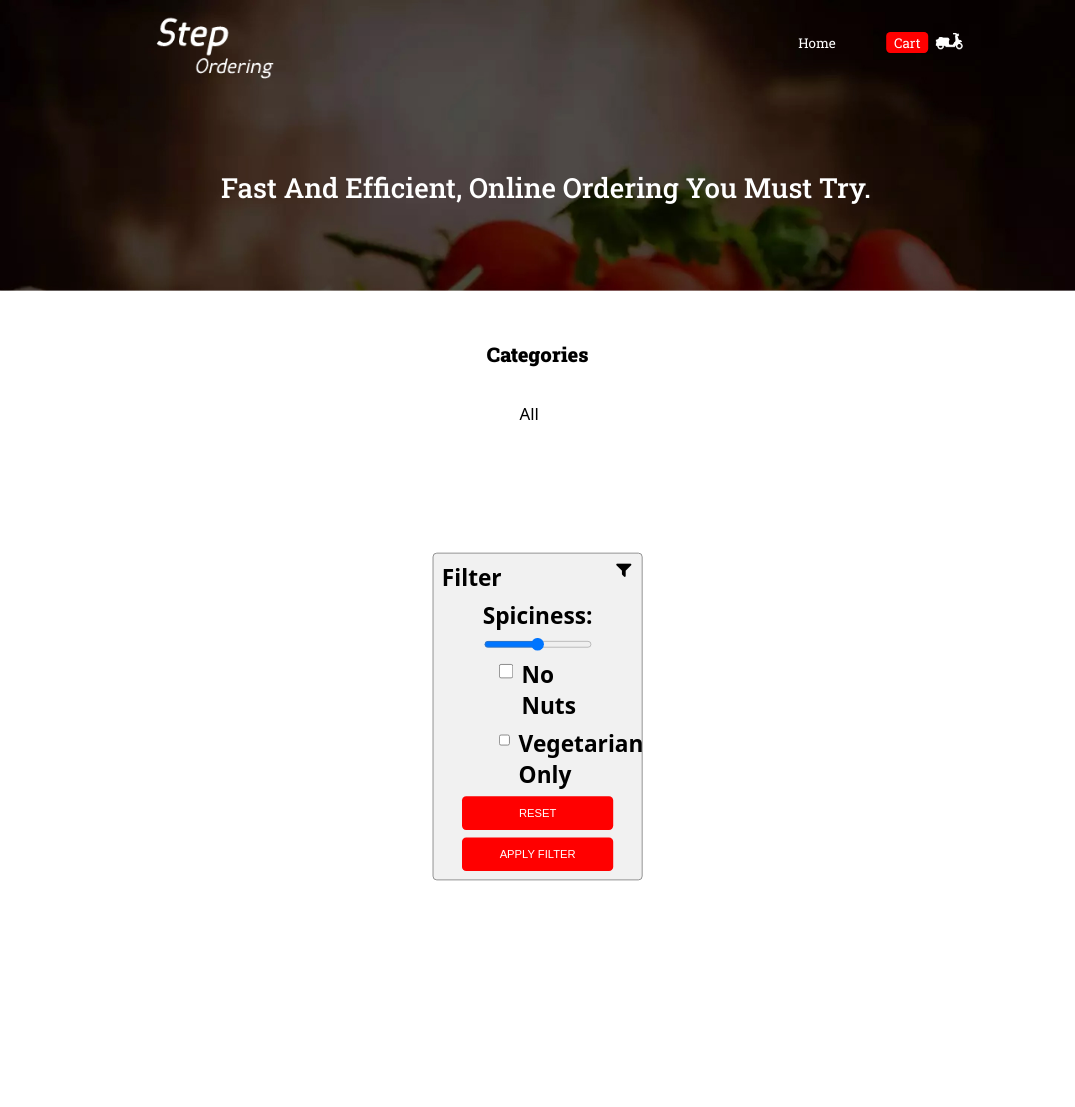
Repository: anastasia29-step/Online-Restaurant
Page: index.html
An editor plug-in stored every save of this project. The page is shown before and after the next save, followed by the edit.
The browser window is 1280 px wide. The pictures show the whole page, at 84% of full size.
Some web libraries are served in a nearby version.

Above is the page before, as saved 2026-03-10 14:47:05.
Not found: app.js/

### index.html
<!DOCTYPE html>
<html lang="en">

<head>
    <meta charset="UTF-8">
    <meta name="viewport" content="width=device-width, initial-scale=1.0">
    <title>Document</title>
    <link rel="stylesheet" href="style.css">
    <link rel="preconnect" href="https://fonts.googleapis.com">
<link rel="preconnect" href="https://fonts.gstatic.com" crossorigin>
<link href="https://fonts.googleapis.com/css2?family=Roboto+Slab:wght@100..900&display=swap" rel="stylesheet">
    <link rel="stylesheet" href="https://cdnjs.cloudflare.com/ajax/libs/font-awesome/7.0.1/css/all.min.css"
        integrity="sha512-2SwdPD6INVrV/lHTZbO2nodKhrnDdJK9/kg2XD1r9uGqPo1cUbujc+IYdlYdEErWNu69gVcYgdxlmVmzTWnetw=="
        crossorigin="anonymous" referrerpolicy="no-referrer" />
</head>

<body>

    <section class="FirstLine">
        <div class="beside">
            <div class="left">
                <a href="./index.html"><img src="./photo/logo.png" alt=""></a>
            </div>
            <div class="right">
                <a href="./index.html">Home</a>
                <a href="./Cart.html" class="a">Cart</a>
                <a href="./Cart.html"><img src="./photo/istockphoto-609074524-612x612 Background Removed.png"
                        alt=""></a>
            </div>
        </div>
        <div class="bottom">
            <h1>Fast And Efficient, Online Ordering You Must Try.</h1>
        </div>
    </section>
    <section class="section">
        <h1>Categories</h1>
        <ul>
            <li onclick="showAll()">All</li>
        </ul>
    </section>
    <div class="sectionCard">
        <div class="left">
            <div class="filteredCard">
                <div class="first">
                    <h2>Filter</h2>
                    <i class="fa-solid fa-filter"></i>
                </div>
                <h2>Spiciness:</h2>
                <input type="range">
                <div class="next">
                    <input type="checkbox">
                    <h2>No Nuts</h2>
                </div>
                <div class="next">
                    <input type="checkbox">
                    <h2>Vegetarian Only</h2>
                </div>
                <button class="reset" onclick="reset()">RESET</button>
                <button class="apply" onclick="apply()">APPLY FILTER</button>
            </div>
        </div>
    </div>




    <script src="app.js\"></script>
</body>

</html>

### style.css
* {
    margin: 0;
    padding: 0;
    box-sizing: border-box;
}

.section {
    display: flex;
    flex-direction: column;
    justify-content: center;
    align-items: center;
    padding: 60px;
    gap: 10px;
}

.section h1 {
    font-style: bold;
    font-family: "Roboto Slab", serif;
    font-weight: 900;
}

ul {
    display: flex !important;
    justify-content: center;
    height: 90px;
    width: 1110px;
    flex-wrap: wrap;
    list-style: none;
    gap: 20px;
    font-family: system-ui, -apple-system, BlinkMacSystemFont, 'Segoe UI', Roboto, Oxygen, Ubuntu, Cantarell, 'Open Sans', 'Helvetica Neue', sans-serif;
    border-bottom: 3px wavy red;
    align-items: center;
}

ul::after {
    content: "";
    display: block;
    height: 6px;
    background-image: url("border.png");
    background-repeat: repeat-x;
    background-position: bottom;
}

.FirstLine {
    height: 48vh;
    background-image: url(./photo/inner_banner.jpg);
    background-position: center;
    background-repeat: no-repeat;
    background-size: cover;
    padding-left: 170px;
    padding-top: 20px;
}

.beside {
    display: flex;
    justify-content: space-between;
}

.beside .right {
    display: flex;
    gap: 20px;
    padding-right: 120px;
    padding-top: 20px;
}

.beside .right a {
    text-decoration: none;
    color: white;
    font-family: "Roboto Slab", serif;
}

.beside .right .a {
    background-color: red;
    width: 50px;
    height: 25px;
    padding-top: 2px;
    text-align: center;
    border-radius: 5px;
    margin-top: -2px;
    margin-left: 40px;
}

.beside .right .a:hover+a img {
    transform: translateX(50px);
}

.beside .right img {
    width: 60px;
    margin-top: -21px;
    margin-left: -25px;
    transition: transform 3.0s;
}

.FirstLine .bottom h1 {
    text-align: center;
    color: white;
    margin-top: 100px;
    margin-right: 150px;
    font-size: 33px;
    font-weight: 500;
    font-family: "Roboto Slab", serif;
}


ul li {
    height: 100%;
    font-size: 20px;
    cursor: pointer;
    transition: 0.3s;
    display: flex;
    justify-content: center;
    align-items: center;

}

ul li:hover {
    background-color: red;
    color: white;

}

.sectionCard {
    display: flex;
    width: 100%;
    height: 100vh;
    padding: 60px;
    gap: 10px;
    justify-content: center;
}
.leftSide{
    width: 30%;
}
.filteredCard {
    width: 250px;
    height: 390px;
    display: flex;
    flex-direction: column;
    justify-content: space-between;
    align-items: center;
    padding: 10px;
    background-color: #F1F1F1;
    border: 1px solid grey;
    border-radius: 5px;
    font-family: system-ui, -apple-system, BlinkMacSystemFont, 'Segoe UI', Roboto, Oxygen, Ubuntu, Cantarell, 'Open Sans', 'Helvetica Neue', sans-serif;
    font-size: 18px;
}

.first {
    display: flex;
    width: 100%;
    justify-content: space-between;
}

.next {
    display: flex;
    width: 40%;
    gap: 10px;
    justify-content: flex-start;
}

.next input {
    width: 30px;
    height: 30px;
}

.filteredCard button {
    height: 40px;
    width: 180px;
    background-color: red;
    color: white;
    border: none;
    border-radius: 5px;
    cursor: pointer;
    transition: 0.5s;
}

.filteredCard button:hover {
    background-color: #FFCC00;
}

.rightSide {
    display: flex;
    justify-content: center;
    flex-wrap: wrap;
    gap: 30px;
}

.card {
    width: 270px;
    height: 420px;
    display: flex;
    flex-direction: column;
    align-items: center;
    justify-content: space-between;
    padding-bottom: 15px;
    border: 1px solid grey;
    border-radius: 17px;
}

.card img {
    width: 100%;
    height: 200px;
    object-fit: cover;
    border-top-left-radius: 17px;
    border-top-right-radius: 17px;
    background-color:#CFCFCF;
}
.card h1{
    font-size: 20px;
    font-family: system-ui, -apple-system, BlinkMacSystemFont, 'Segoe UI', Roboto, Oxygen, Ubuntu, Cantarell, 'Open Sans', 'Helvetica Neue', sans-serif;
}
.sides {
    display: flex;
    justify-content: center;
    gap: 7px;
}

.checks {
    display: flex;
    gap: 3px;
}

.card .bottom {
    width: 100%;
    padding: 10px;
    display: flex;
    justify-content: space-between;
    align-items: center;
}

.card .bottom button {
    height: 40px;
    width: 120px;
    display: flex;
    justify-content: center;
    align-items: center;
    border: 1px solid black;
}

After the next save:
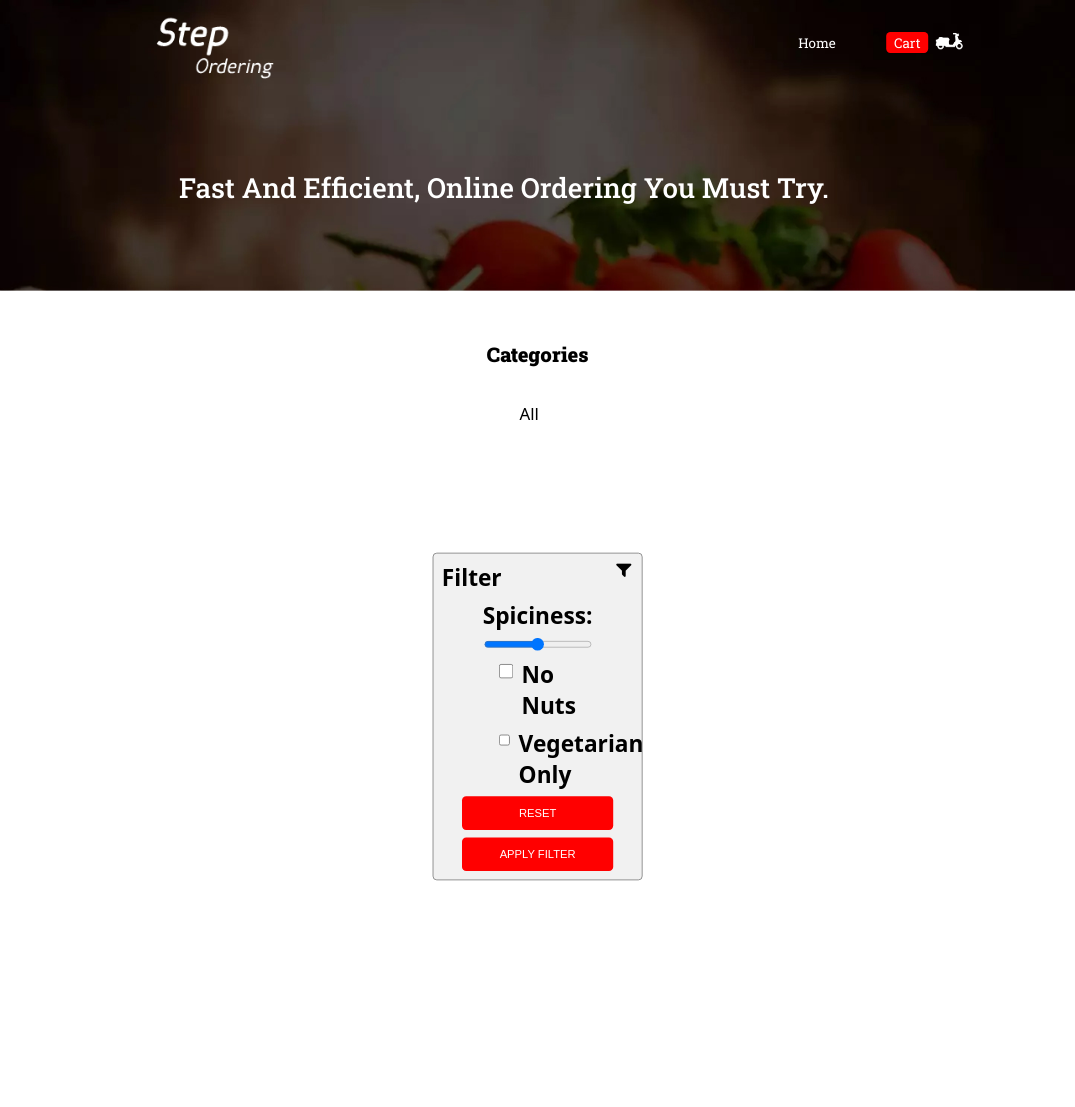
Saved 21 s later.
--- a/style.css
+++ b/style.css
@@ -95,7 +95,7 @@ ul::after {
     text-align: center;
     color: white;
     margin-top: 100px;
-    margin-right: 150px;
+    margin-right: 250px;
     font-size: 33px;
     font-weight: 500;
     font-family: "Roboto Slab", serif;
